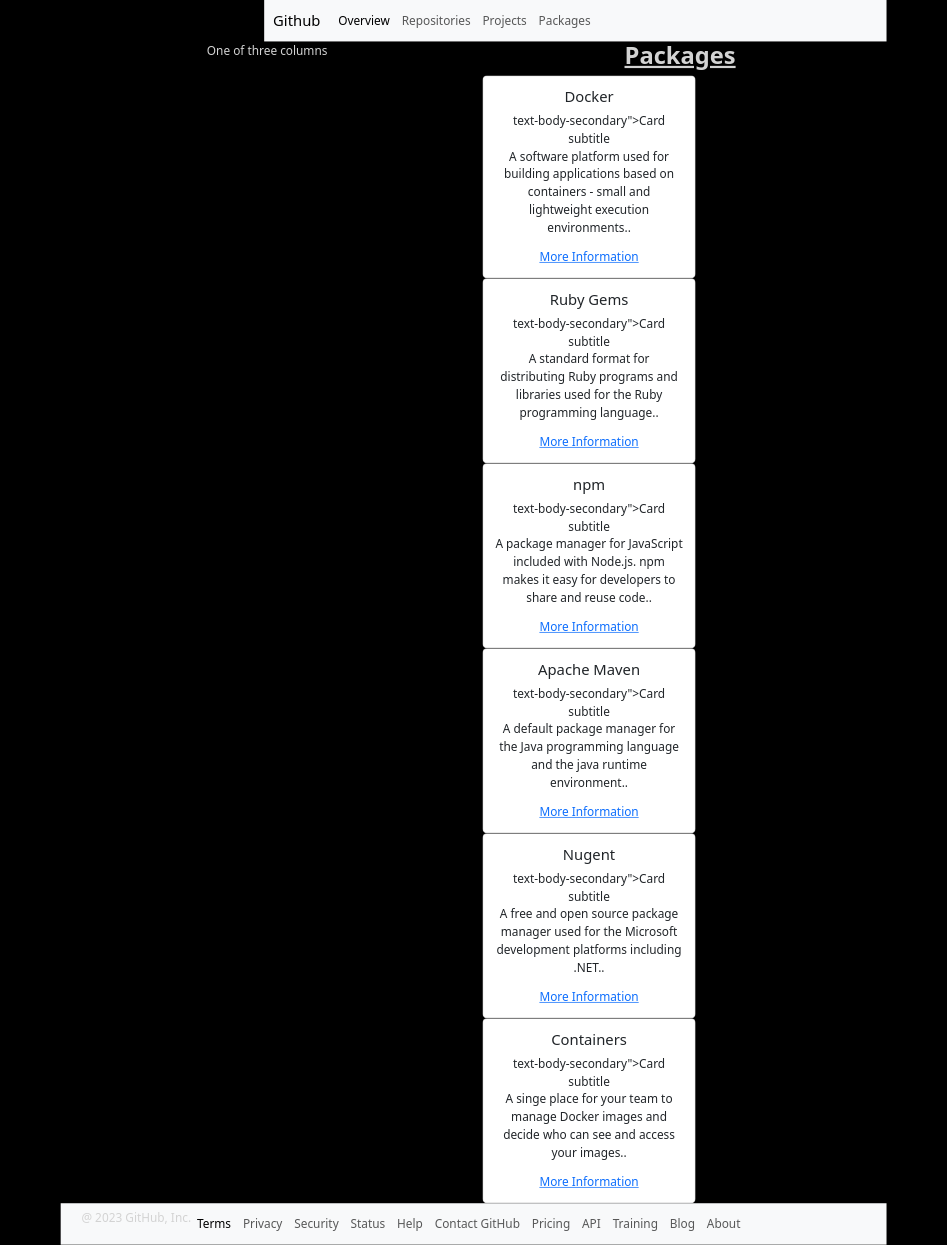
Repository: nss-evening-cohort-E23/gitsub-pull-request-posse
Page: packages.html
An editor plug-in stored every save of this project. The page is shown before and after a run of saves, followed by the edit.
The browser window is 1280 px wide. The pictures show the whole page, at 74% of full size.

Above is the page before, as saved 2023-05-09 17:26:14.

### packages.html
<!DOCTYPE html>
<html lang="en">
<head>
  <meta charset="UTF-8">
  <meta http-equiv="X-UA-Compatible" content="IE=edge">
  <meta name="viewport" content="width=device-width, initial-scale=1.0">
  <link href="https://cdn.jsdelivr.net/npm/bootstrap@5.3.0-alpha3/dist/css/bootstrap.min.css" rel="stylesheet" integrity="sha384-KK94CHFLLe+nY2dmCWGMq91rCGa5gtU4mk92HdvYe+M/SXH301p5ILy+dN9+nJOZ" crossorigin="anonymous">
  <link rel="stylesheet" href="packages.css">
  <title>Packages</title>
</head>
<body>
  <div class="container" id="master">
    <div id="navigate">
      <nav class="navbar navbar-expand-lg bg-body-tertiary">
        <div class="container-fluid">
          <a class="navbar-brand" href="#">Github</a>
          <button class="navbar-toggler" type="button" data-bs-toggle="collapse" data-bs-target="#navbarNavAltMarkup" aria-controls="navbarNavAltMarkup" aria-expanded="false" aria-label="Toggle navigation">
            <span class="navbar-toggler-icon"></span>
          </button>
          <div class="collapse navbar-collapse" id="navbarNavAltMarkup">
            <div class="navbar-nav">
              <a class="nav-link active" aria-current="page" href="#">Overview</a>
              <a class="nav-link" href="#">Repositories</a>
              <a class="nav-link" href="#">Projects</a>
              <a class="nav-link" href="#">Packages</a>
            </div>
          </div>
        </div>
      </nav>
    </div>
   <div class="container text-center">
    <div class="row align-items-start">
    <!-- 2 columns | first column for static bio -->
    <div class="col" id="bio">
      One of three columns

    </div>
    <div class="col">
      <h2><b><u>Packages</u></b></h2>
      <div id="packages"></div>
    </div>
  </div>
</div>
<!-- Footer -->

<div class="footer">
<nav class="navbar navbar-expand-lg bg-body-tertiary">
  <div class="container-fluid">
    <a class="navbar-brand" href="#"></a>
    <button class="navbar-toggler" type="button" data-bs-toggle="collapse" data-bs-target="#navbarNav" aria-controls="navbarNav" aria-expanded="false" aria-label="Toggle navigation">
      <span class="navbar-toggler-icon"></span>
    </button>
    <div class="collapse navbar-collapse" id="footer">
      <p>@ 2023 GitHub, Inc.</p>
      <div id="ftr-links">
      <ul class="navbar-nav">
        <li class="nav-item">
          <a class="nav-link active" aria-current="page" href="#">Terms</a>
        </li>
        <li class="nav-item">
          <a class="nav-link" href="#">Privacy</a>
        </li>
        <li class="nav-item">
          <a class="nav-link" href="#">Security</a>
        </li>
        <li class="nav-item">
          <a class="nav-link" href="#">Status</a>
        </li>
        <li class="nav-item">
          <a class="nav-link" href="#">Help</a>
        </li>
      </ul>

      <ul class="navbar-nav">
        <li class="nav-item">
          <a class="nav-link" href="#">Contact GitHub</a>
        </li>
        <li class="nav-item">
          <a class="nav-link" href="#">Pricing</a>
        </li>
        <li class="nav-item">
          <a class="nav-link" href="#">API</a>
        </li>
        <li class="nav-item">
          <a class="nav-link" href="#">Training</a>
        </li>
        <li class="nav-item">
          <a class="nav-link" href="#">Blog</a>
        </li>
        <li class="nav-item">
          <a class="nav-link" href="#">About</a>
        </li>
      </ul>
    </div>
  </div>
</nav>
</div>
</div>
</div>
</div>
  <script src="main.js"></script>
</body>
</html>

### packages.css
body {
  background-color: black;
  color: lightgray;
  flex: auto;
}

#master {
  display: flex;
  flex-direction: column;
  height: 100vh;
}

#navigate {
  flex: none;

  margin-left: 275px;

}

.footer {
  margin-top: auto;
  justify-content: space-around;

}

#ftr-links {
  display: flex;
  flex-direction: row;
  justify-content: space-between;

}

### main.js

const renderToDom = (divId, htmltoRender) => {
  let targetedDiv = document.getElementById(divId);
  targetedDiv.innerHTML = htmltoRender;
};

const reposCardsOnDom = () => {
  let domString = "";
  domString += `

  `;
};

// packages array
const packages = [
  {
    id: 1,
    name: 'Docker',
    description: 'A software platform used for building applications based on containers - small and lightweight execution environments.',

  },

  {
    id: 2,
    name: 'Ruby Gems',
    description: 'A standard format for distributing Ruby programs and libraries used for the  Ruby programming language.',

  },

  {
    id: 3,
    name: 'npm',
    description: 'A package manager for JavaScript included with Node.js. npm makes it easy for developers to share and reuse code.',

  },

  {
    id: 4,
    name: 'Apache Maven',
    description: 'A default package manager for the Java programming language and the java runtime environment.',

  },

  {
    id: 5,
    name: 'Nugent',
    description: 'A free and open source package manager used for the Microsoft development platforms including .NET.',

  },

  {
    id: 6,
    name: 'Containers',
    description: 'A singe place for your team to manage Docker images and decide who can see and access your images.',
  },
]

// packages
const packagesOnDom = (array) => {
  let domString = "";

// package cards
for (const package of array) {
  domString += `<div class="card" style="width: 18rem;" id="pkgs">
  <div class="card-body">
    <h5 class="card-title">${package.name}</h5>
    text-body-secondary">Card subtitle</h6>
    <p class="card-text">${package.description}.</p>
    <a href="#" class="card-link">More Information</a>
  </div>
</div>`
}
renderToDom("packages", domString);

}
packagesOnDom(packages);

const startApp = () => {
  packagesOnDom(packages);
}

startApp();

After the next 3 saves:
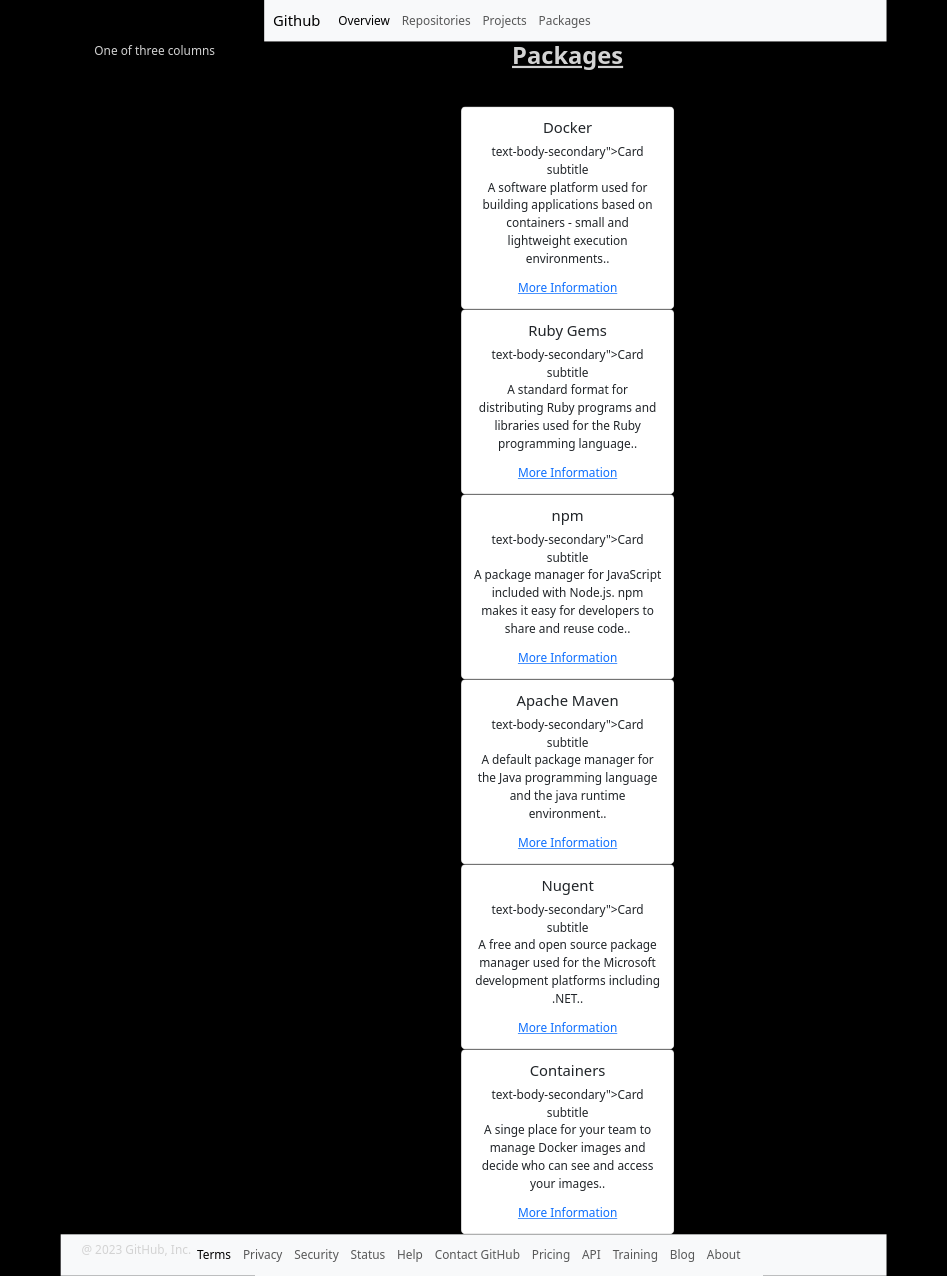
The 3 saves are shown as one change because they came seconds apart.
The last was saved 15 s later.
--- a/packages.css
+++ b/packages.css
@@ -29,3 +29,13 @@
   justify-content: space-between;
 
 }
+
+#packages {
+  display: flex;
+  flex-direction: row;
+  flex-wrap: wrap;
+  justify-content: space-around;
+  margin-left: 275px;
+  margin-right: 275px;
+  margin-top: 50px;
+}

After the 4 saves that followed:
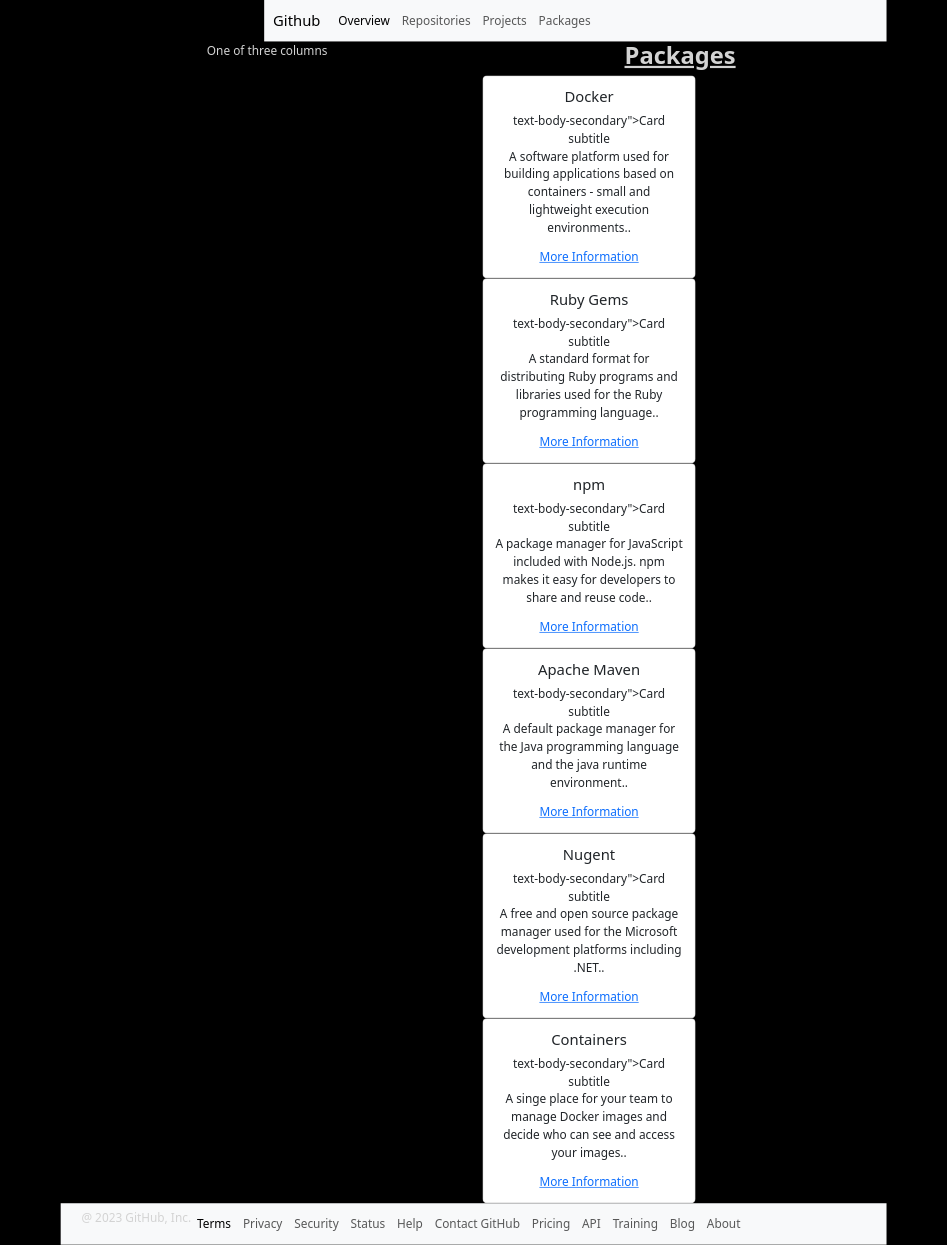
The 4 saves are shown as one change because they came seconds apart.
The last was saved 22 s later.
--- a/packages.css
+++ b/packages.css
@@ -31,11 +31,5 @@
 }
 
 #packages {
-  display: flex;
-  flex-direction: row;
-  flex-wrap: wrap;
-  justify-content: space-around;
-  margin-left: 275px;
-  margin-right: 275px;
-  margin-top: 50px;
+  display: block;
 }
